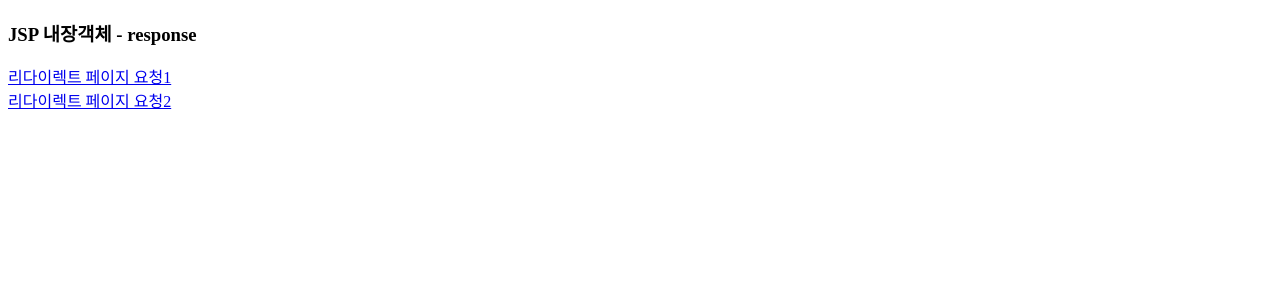
Repository: 2017112847/Jsp
Page: http://localhost/ch03/2_response.jsp
These files come from the project's save history. The page is drawn as it stood at one moment and after the next save; the edit follows.
The browser window is 1280 px wide. The pictures show the whole page.
The page is served by Tomcat 9.

Above is the page before, as saved 2025-07-28 06:15:44.

### ch03/src/main/webapp/2_response.jsp
<%@ page language="java" contentType="text/html; charset=UTF-8"
    pageEncoding="UTF-8"%>
<!DOCTYPE html>
<html>
<head>
<meta charset="UTF-8">
<title>JSP 내장객체 - response</title>

<!-- JSP 내장객체 - response 실습 -->
</head>
<body>
	<h3>JSP 내장객체 - response</h3>
	<a href = "./proc/redirect1.jsp">리다이렉트 페이지 요청1</a><br/>
	<a href = "./proc/redirect2.jsp">리다이렉트 페이지 요청2</a>
</body>
</html>

After the next save:
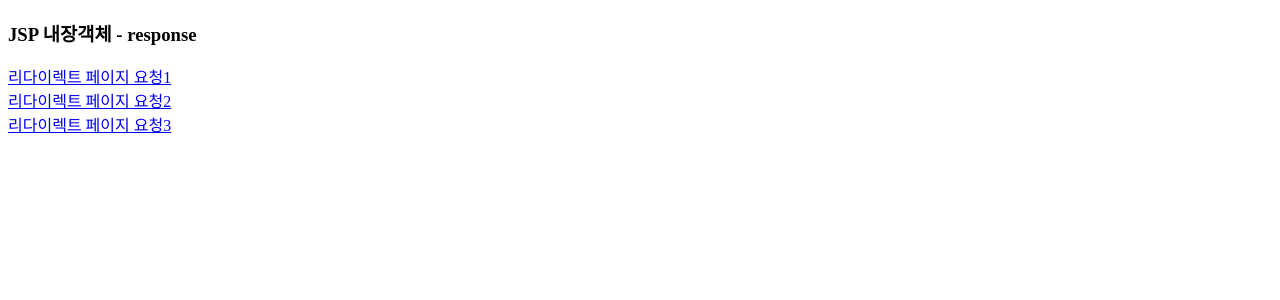
Saved 4 min 34 s later.
--- a/ch03/src/main/webapp/2_response.jsp
+++ b/ch03/src/main/webapp/2_response.jsp
@@ -11,6 +11,7 @@
 <body>
 	<h3>JSP 내장객체 - response</h3>
 	<a href = "./proc/redirect1.jsp">리다이렉트 페이지 요청1</a><br/>
-	<a href = "./proc/redirect2.jsp">리다이렉트 페이지 요청2</a>
+	<a href = "./proc/redirect2.jsp">리다이렉트 페이지 요청2</a><br/>
+	<a href = "./proc/redirect3.jsp">리다이렉트 페이지 요청3</a>
 </body>
 </html>
